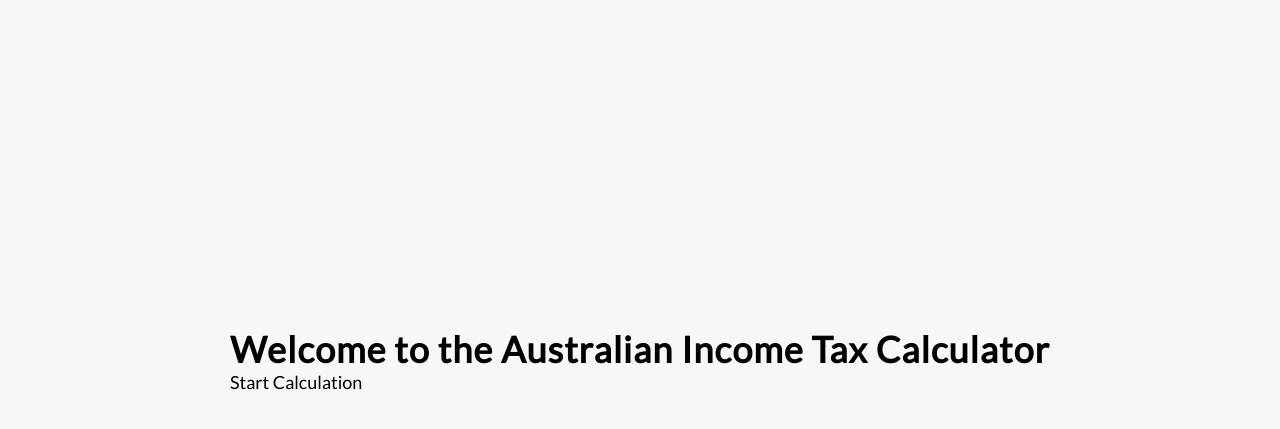
Repository: Tracy-maker/tax_calculator
Page: /
These files come from the project's save history. The page is drawn as it stood at one moment and after the next save; the edit follows.
The browser window is 1280 px wide. The pictures show the whole page.
The project was rebuilt for these pictures with package versions that can differ from the ones it lists, and the page was loaded fresh each time. Also part of the build but not shown: vite.config.js.

Above is the page before, as saved 2024-06-26 12:54:33.

After the next save:
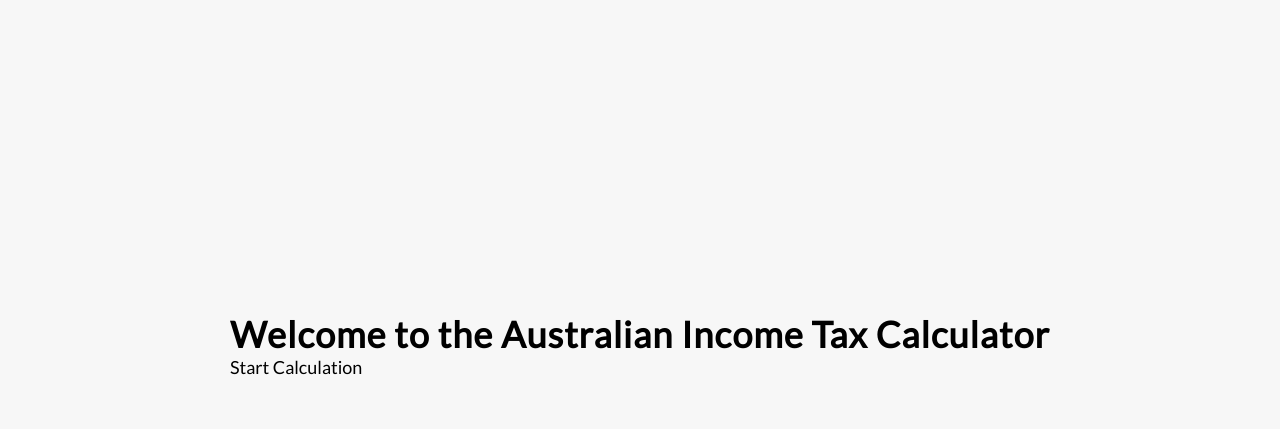
Saved 62 s later.
--- a/src/App.vue
+++ b/src/App.vue
@@ -1,5 +1,6 @@
 <template>
   <HomePage />
+  <div class="container"></div>
 </template>
 
 <script>
